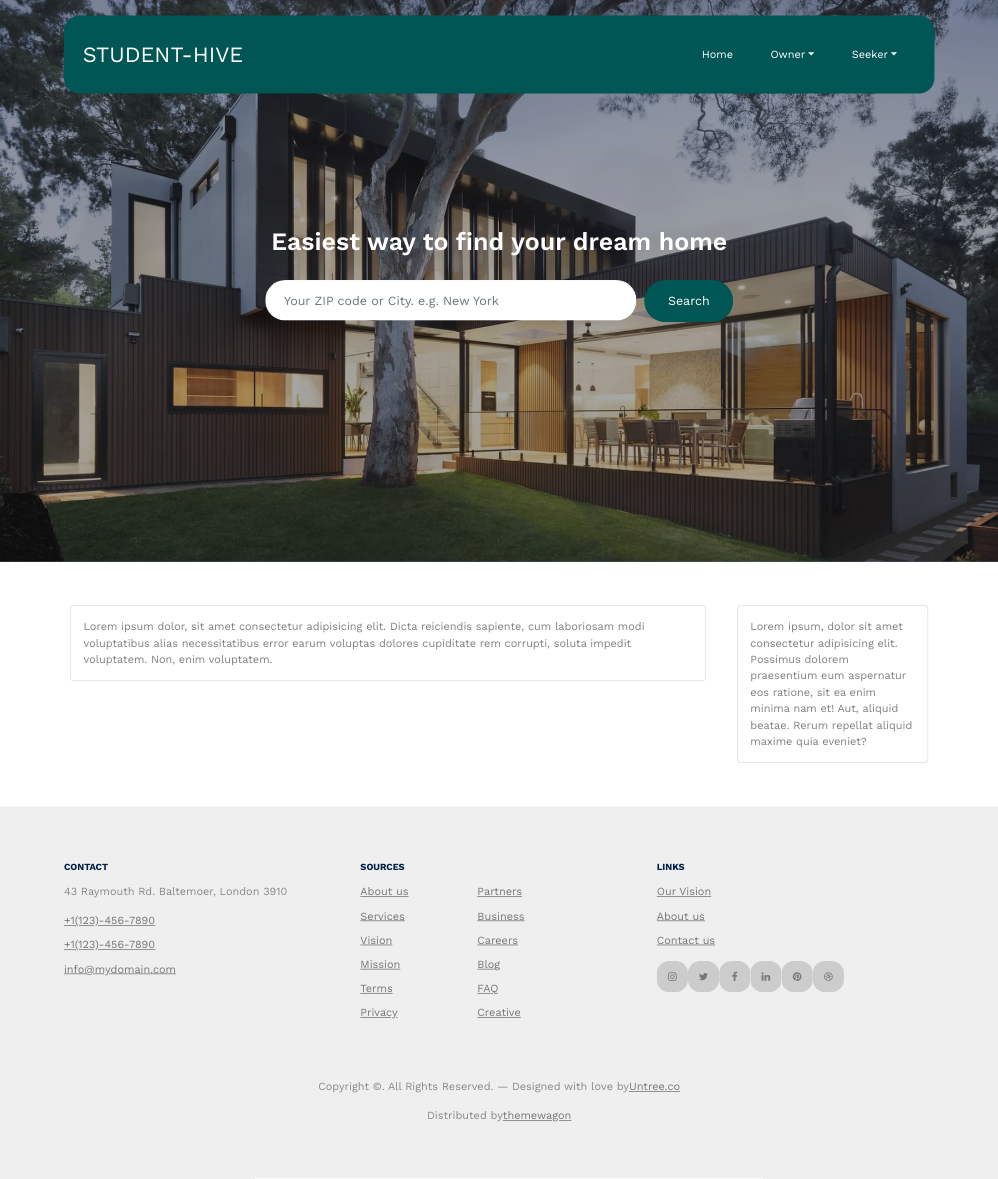
Repository: Farhan0021/Rentalproject
Page: /details (app in front/)
An editor plug-in stored every save of this project. The page is shown before and after the next save, followed by the edit.
The browser window is 1280 px wide. The pictures show the whole page, at 78% of full size.
The project was rebuilt for these pictures with package versions that can differ from the ones it lists, and the page was loaded fresh each time. Also part of the build but not shown: front/vite.config.js, front/src/pages/Home.jsx, front/src/pages/seekers/Login.jsx, front/src/schema/SeekerSignupSchema.jsx, front/src/pages/seekers/Signup.jsx, front/src/pages/owner/Login.jsx, front/src/schema/OwnerSignupSchema.jsx, front/src/pages/owner/Signup.jsx.

Above is the page before, as saved 2025-04-30 22:20:56.
Console error: TypeError: Cannot read properties of null (reading 'style')

After the next save:
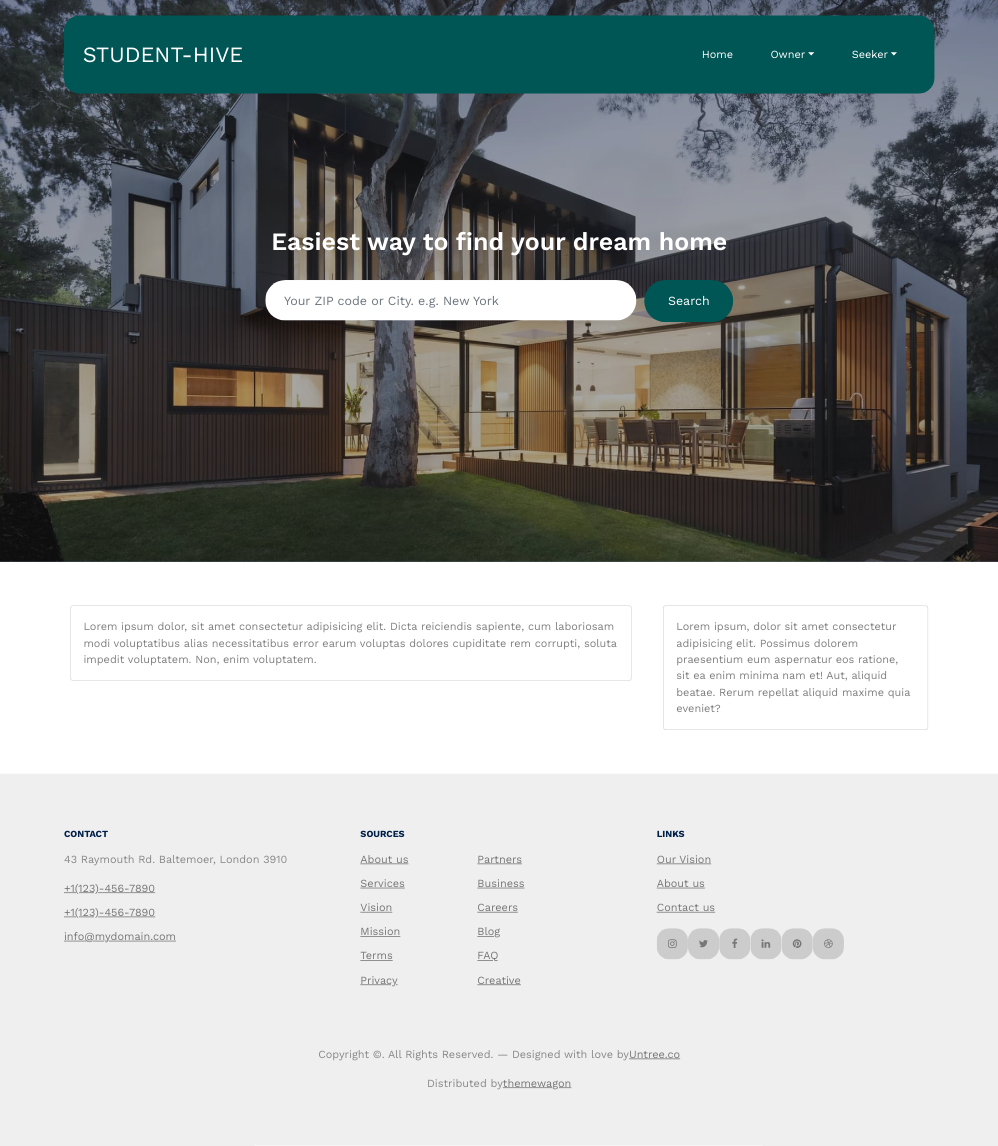
Saved 100 s later.
--- a/front/src/pages/Details.jsx
+++ b/front/src/pages/Details.jsx
@@ -4,12 +4,12 @@ const Details = () => {
     return (
         <div className="container my-5">
             <div className="row">
-                <div className="col-md-9 ">
+                <div className="col-md-8 ">
                     <div className="card m-2 p-3">
                         Lorem ipsum dolor, sit amet consectetur adipisicing elit. Dicta reiciendis sapiente, cum laboriosam modi voluptatibus alias necessitatibus error earum voluptas dolores cupiditate rem corrupti, soluta impedit voluptatem. Non, enim voluptatem.
                     </div>
                 </div>
-                <div className="col-md-3">
+                <div className="col-md-4">
                     <div className="card m-2 p-3">
                         Lorem ipsum, dolor sit amet consectetur adipisicing elit. Possimus dolorem praesentium eum aspernatur eos ratione, sit ea enim minima nam et! Aut, aliquid beatae. Rerum repellat aliquid maxime quia eveniet?
                     </div>
